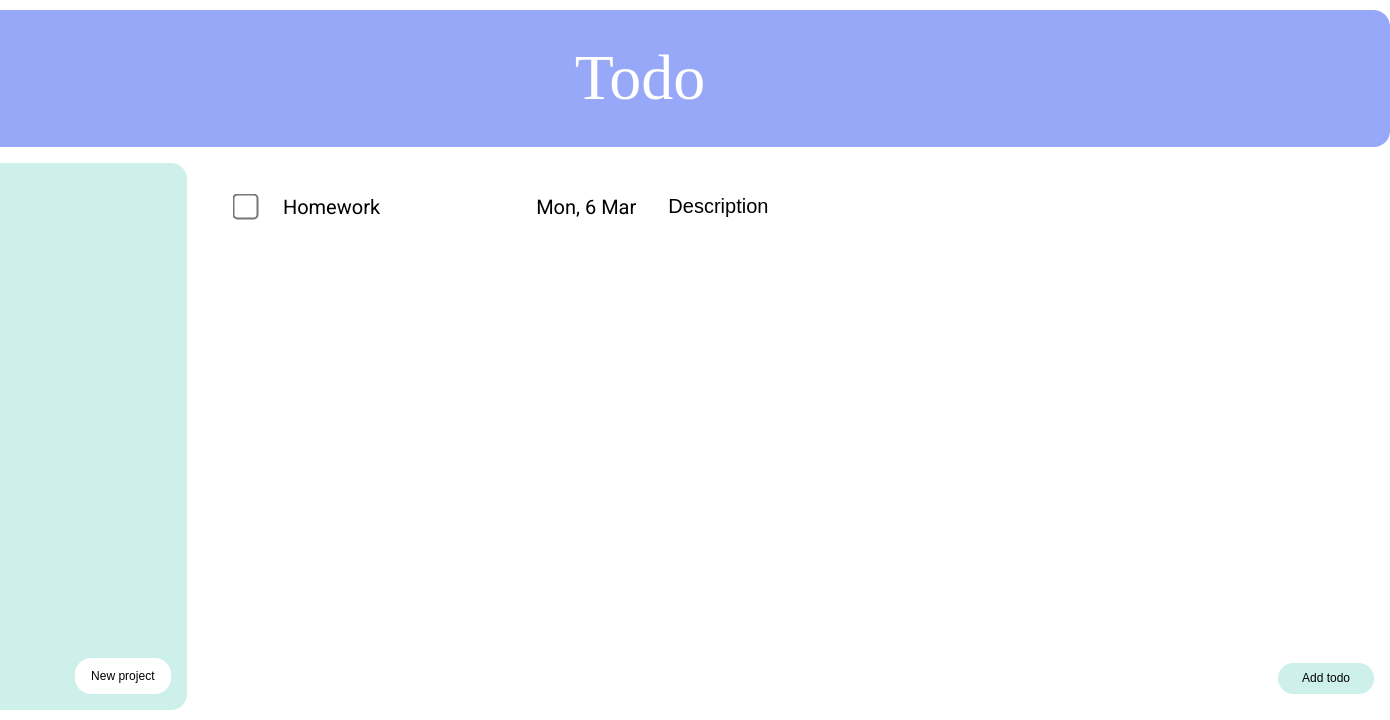
Repository: yeetzpxoci/todo-list
Page: dist/index.html
The author's editor kept a copy of each file at every save. The page is drawn from the files as they stood at one save, then again after the next save.
The browser window is 1280 px wide. The page is 1390 px wide, so the pictures cover 1390 px, including what lies to the right of the window. The pictures show the whole page.
Some web fonts or font styles are not loaded; a fallback is used.

Above is the page before, as saved 2023-03-07 17:25:24.
Console error: ReferenceError: projectNameSubmit is not defined

### dist/index.html
<!DOCTYPE html>
<html lang="en">
<head>
    <meta charset="UTF-8">
    <meta http-equiv="X-UA-Compatible" content="IE=edge">
    <meta name="viewport" content="width=device-width, initial-scale=1.0">
    <title>Todo List</title>
    <link rel="stylesheet" href="styles.css">
    <link rel="preconnect" href="https://fonts.googleapis.com">
    <link rel="preconnect" href="https://fonts.gstatic.com" crossorigin>
    <link href="https://fonts.googleapis.com/css2?family=Tilt+Warp&display=swap" rel="stylesheet">
    <link href="https://fonts.googleapis.com/css2?family=Roboto&family=Tilt+Warp&display=swap" rel="stylesheet">
</head>
<body>

<script src="main.js"></script>
</body>
</html>

### dist/styles.css
body, html {
    margin:0;
    padding: 0;
}

body {
    min-height: 100vh;
    display: flex;
    flex-direction: column;
    justify-content: center;
    align-items: center;
    font-family: 'Roboto';
    background-color: white;
}

p {
    margin: 0;
    padding: 0;
}

#content {
    width: 1500px;
    height: 700px;
    display: grid;
    grid-template-columns: 1fr 4fr;
    grid-template-rows: 1fr 4fr;
    background-color: white;
    z-index: 0;
    overflow: hidden;
    border-radius: 16px;
    gap: 16px;
}

#header {
    display: flex;
    justify-content: center;
    align-items: center;
    background-color: #98A8F8;
    font-size: 64px;
    font-family: 'Tilt Warp', cursive;
    grid-column: 1 / 3;
    grid-row: 1 / 2;
    z-index: 1;
    border-radius: 16px;
}

#header p {
    margin: 24px;
    padding: 0;
    color: white;
}

#sidebar {
    display: flex;
    flex-direction: column;
    background-color: #CDF0EA   ;
    grid-column: 1 / 2;
    grid-row: 2 / 3;
    z-index: -1;
    padding-left: 24px;
    padding-top: 24px;
    border-radius: 16px;
}

#projects-div {
    display: flex;
    flex-direction: column;
    width: 100%;
}

#add-project {
    align-self: flex-end;
    border-radius: 16px;
    border-width: 0;
    height: 36px;
    width: 96px;
    font-size: 12px;
    margin-top: auto;
    margin-right: 16px;
    margin-bottom: 16px;
    background-color: white;
    cursor: pointer;
}

#add-todo {
    align-self: flex-end;
    border-radius: 16px;
    border-width: 0;
    height: 36px;
    width: 96px;
    font-size: 12px;
    margin-top: auto;
    margin-bottom: 16px;
    margin-right: 16px;
    background-color: #CDF0EA;
    cursor: pointer;
}

.project-name {
    font-size: 32px;
    font-weight: bold;
    cursor: pointer;
}

#todos-wrapper {
    display: flex;
    flex-direction: column;
    gap: 16px;
    background-color: white;
    border-radius: 16px;
}

#todos {
    height: 100%;
    display: grid;
    grid-template-columns: 1fr 1fr;
    grid-auto-rows: 20%;
    column-gap: 16px;
    padding-left: 16px;
    padding-right: 16px;
    margin-top: 16px;
    overflow: scroll;
}

.todo, .todo-high, .todo-medium, .todo-low {
    display: flex;
    justify-content: space-between;
    align-items: center;
    height: 60%;
    border-radius: 16px;
    padding-left: 16px;
    padding-right: 16px;
    font-size: 20px;
}

.todo-high {
    background-color: #FFCBCB;
}

.todo-medium {
    background-color: #FFFDDE;
}

.todo-low {
    background-color: #E7FBBE;
}

.due {
    padding-left: 128px;
}

.checkbox {
    transform: scale(2);
}

.description {
    background-color: #caf1ff;
    border-radius: 16px;
    border-width: 0px;
    font-size: 20px;
    padding: 4px;
    cursor: pointer;
    background-color: transparent;
}

#description-div {
    display: none;
    flex-direction: column;
    flex-wrap: wrap;
    background-color: #F9F9F9;
    width: 25%;
    height: 40%;
    border-radius: 16px;
    padding: 16px;
    position: absolute;
    margin-left: auto;
    margin-right: auto;
    left: 0;
    right: 0;
    z-index: 2;
    box-shadow: 0 0 0 1600px rgba(0, 0, 0, 0.65);
}

#description-text {
    justify-content: baseline;
}

#close-button {
    margin-top: -8px;
    margin-right: -8px;
    font-weight: bold;
    width: 24px;
    height: 24px;
    align-self: flex-end;
    background-color: transparent;
    border: transparent;
    cursor: pointer;
}

#new-project-form {
    display: none;
    flex-direction: column;
    align-items: center;
    gap: 8px;
    flex-wrap: wrap;
    background-color: #F9F9F9;
    width: 20%;
    height: 10%;
    border-radius: 16px;
    padding: 16px;
    position: absolute;
    margin-left: auto;
    margin-right: auto;
    left: 0;
    right: 0;
    top: 256px;
    z-index: 2;
    box-shadow: 0 0 0 1600px rgba(0, 0, 0, 0.65);
}

#new-todo-form {
    display: none;
    flex-direction: column;
    align-items: center;
    gap: 8px;
    flex-wrap: wrap;
    background-color: #F9F9F9;
    width: 20%;
    height: 20%;
    border-radius: 16px;
    padding: 16px;
    position: absolute;
    margin-left: auto;
    margin-right: auto;
    left: 0;
    right: 0;
    top: 256px;
    z-index: 2;
    box-shadow: 0 0 0 1600px rgba(0, 0, 0, 0.65);
}

### dist/main.js
(()=>{"use strict";let e=[];function t(e){return{name:e,todos:[]}}let n=t("Default");function o(){for(let e=0;e<projects.length;e++){const t=document.createElement("p");t.className="project-name",t.innerHTML=projects[e].name,sidebarDiv.append(t)}}function c(){sidebarDiv.innerHTML=""}n.todos.push({title:"Homework",description:"Networks and Security bTCP Homework",dueDate:"Mon, 6 Mar",priority:"High"}),e.push(n),function(e){const t=document.createElement("div");t.id="content";const n=document.createElement("div");n.id="header";const d=document.createElement("p");d.innerHTML="Todo",n.append(d);const i=document.createElement("div");i.id="sidebar";const a=document.createElement("button");a.id="add-project",a.innerHTML="New project",a.addEventListener("click",(function(){document.getElementById("new-project-form").style.display="flex"})),i.append(a);const s=document.createElement("div");s.id="todos-wrapper";const r=document.createElement("div");r.id="todos";const m=document.createElement("button");m.id="add-todo",m.innerHTML="Add todo",s.append(r,m);const l=document.createElement("button");l.id="close-button",l.innerHTML="X",l.addEventListener("click",(function(){this.parentElement.style.display="none"}));for(let t=0;t<e[0].todos.length;t++){const n=document.createElement("div");n.className="todo";const o=document.createElement("input");o.className="checkbox",o.type="checkbox";const c=document.createElement("p");c.innerHTML=e[0].todos[t].title,c.className="todo-name";const d=document.createElement("p");d.innerHTML=e[0].todos[t].dueDate,d.className="due";const i=document.createElement("p");i.id="description-text",i.innerHTML=e[0].todos[t].description;const a=l.cloneNode(!0);a.addEventListener("click",(function(){this.parentElement.style.display="none"}));const s=document.createElement("div");s.id="description-div",s.append(a,i);const m=document.createElement("button");m.innerHTML="Description",m.className="description",m.addEventListener("click",(function(){this.previousElementSibling.style.display="flex"})),n.append(o,c,d,s,m),r.append(n)}const p=document.createElement("form");p.id="new-project-form",p.onsubmit=function(e){e.preventDefault()};const u=document.createElement("input");u.id="project-name-input",u.type="text",u.placeholder="Project name";const E=document.createElement("input");E.type="submit",E.value="Add project",E.addEventListener("click",(function(){c(),o(),this.parentElement.style.display="none"})),p.append(l,u,E),t.append(n,i,s,p),document.body.appendChild(t)}(e),projectNameSubmit.addEventListener("click",(function(){!function(n){let o=t(document.getElementById("project-name-input").value);e.push(o)}(),sidebarDiv.innerHTML="",function(){for(let t=0;t<e.length;t++){const n=document.createElement("p");n.className="project-name",n.innerHTML=e[t].name,sidebarDiv.append(n)}}(),this.parentElement.style.display="none"}))})();

After the next save:
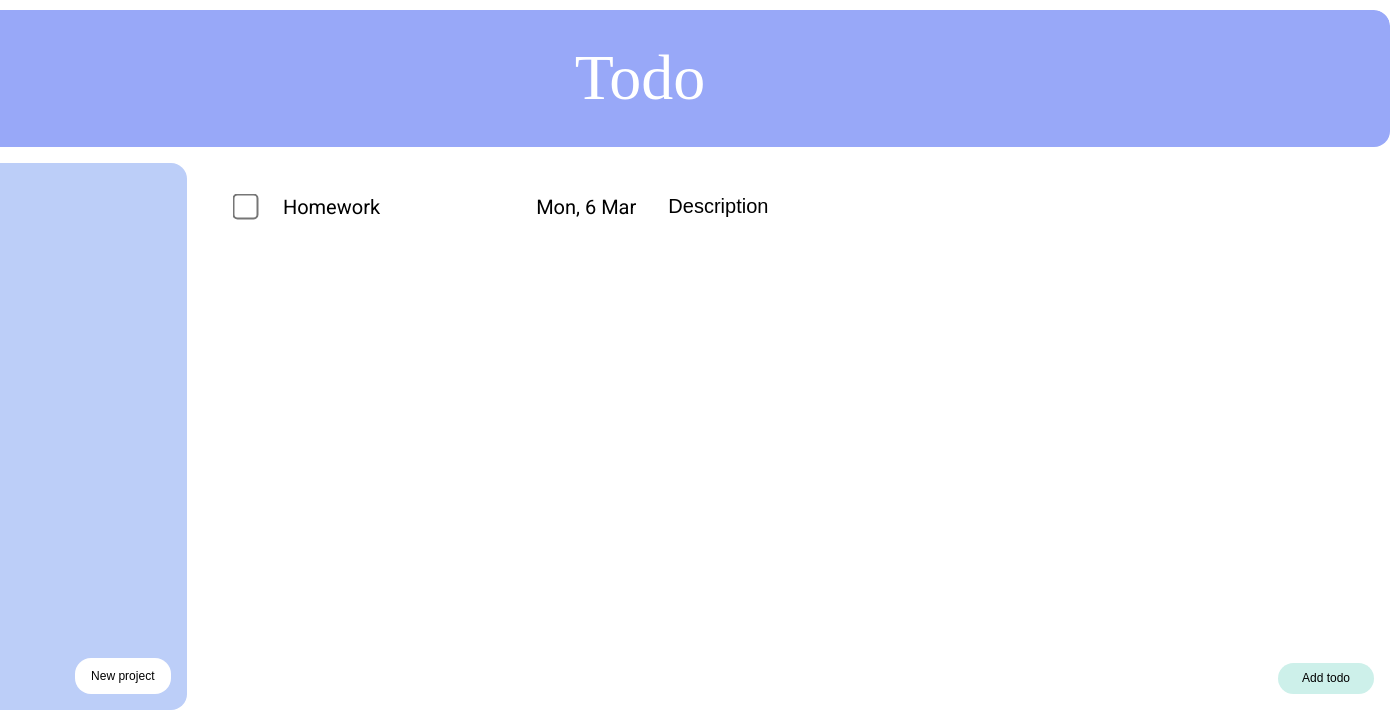
Saved 5 s later.
--- a/dist/styles.css
+++ b/dist/styles.css
@@ -53,7 +53,7 @@ p {
 #sidebar {
     display: flex;
     flex-direction: column;
-    background-color: #CDF0EA   ;
+    background-color: #BCCEF8   ;
     grid-column: 1 / 2;
     grid-row: 2 / 3;
     z-index: -1;
